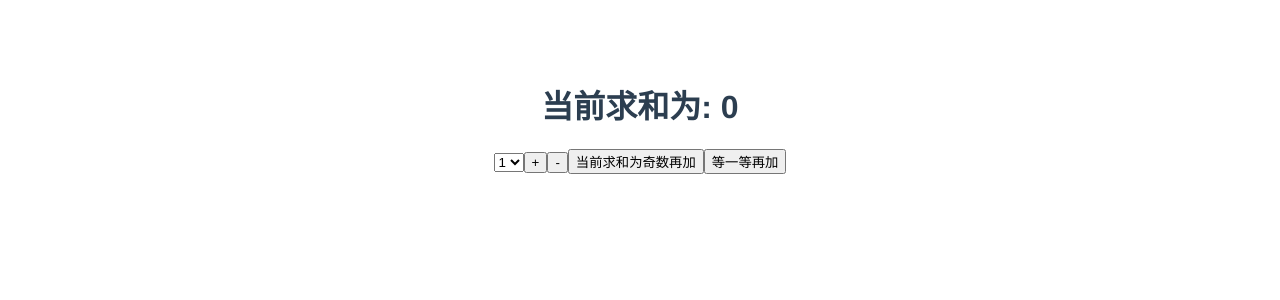
Repository: 319226862/wyy
Page: / (app in test/)
The author's editor kept a copy of each file at every save. The page is drawn from the files as they stood at one save, then again after the next save.
The browser window is 1280 px wide. The pictures show the whole page.
The project was rebuilt for these pictures with package versions that can differ from the ones it lists, and the page was loaded fresh each time. Also part of the build but not shown: test/vue.config.js.

Above is the page before, as saved 2023-06-27 20:21:06.

### test/src/main.js
import Vue from 'vue'
import App from './App.vue'

Vue.config.productionTip = false

new Vue({
  render: h => h(App),
  beforeCreate(){
    Vue.prototype.$bus = this
  }
}).$mount('#app')

### test/src/App.vue
<template>
  <div id="container">
    <!-- <Category title="food" :listData="foods"/> -->
    <!-- <Category title="game" :listData="games"/> -->
    <!-- <Category title="film" :listData="films"/> -->
    <!-- <Category title="food">
      <img slot="bottom" src="https://s3.ax1x.com/2021/01/16/srJlq0.jpg" />
      <a slot="footer" href="#">more</a>
    </Category> -->

    <!-- <Category title="games">
      <template scope="data">
        <ul>
          <li v-for="(game,index) in data.games" :key="index">{{ game }}</li>
        </ul>
      </template>
    </Category>

    <Category title="games">
      <template scope="data">
        <ol>
          <li v-for="(game,index) in data.games" :key="index">{{ game }}</li>
        </ol>
      </template>
    </Category>

    <Category title="games">
      <template scope="data">
        <h4>
          <li v-for="(game,index) in data.games" :key="index">{{ game }}</li>
        </h4>
      </template>
    </Category> -->

    <!-- <Category title="films">
      <video slot="bottom" src="http://clips.vorwaerts-gmbh.de/big_buck_bunny.mp4"></video>
      <a slot="footer" href="#">more</a>
    </Category> -->


    <Count/>
  </div>
</template>

<script>
// import axios from 'axios'
// import Category from './components/Category.vue'
import Count from './components/Count.vue';
export default {
  name: 'App',

  components: {Count},
  methods:{

  }
}
</script>

<style>
#container {
  font-family: Avenir, Helvetica, Arial, sans-serif;
  -webkit-font-smoothing: antialiased;
  -moz-osx-font-smoothing: grayscale;
  text-align: center;
  color: #2c3e50;
  margin-top: 60px;
  display: flex;
  justify-content:space-around
}

</style>

### test/src/components/Count.vue
<template>
    <div>
        <h1>当前求和为: {{ number }}</h1>
        <select>
            <option value="1">1</option>
            <option value="2">2</option>
            <option value="3">3</option>
        </select>
        <button @click="number++">+</button>
        <button @click="number--">-</button>
        <button>当前求和为奇数再加</button>
        <button>等一等再加</button>
    </div>
</template>

<script>
export default {
    data(){
        return {
            number:0
        }
    }
}
</script>

<style>

</style>

Loaded but not shown: test/public/index.html (common file)

After the next save:
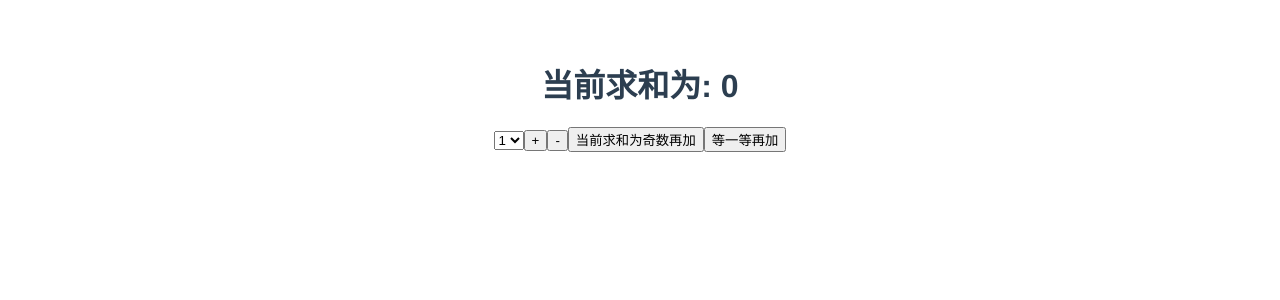
Saved 7 s later.
--- a/test/src/App.vue
+++ b/test/src/App.vue
@@ -64,8 +64,6 @@ export default {
   text-align: center;
   color: #2c3e50;
   margin-top: 60px;
-  display: flex;
-  justify-content:space-around
 }
 
 </style>
